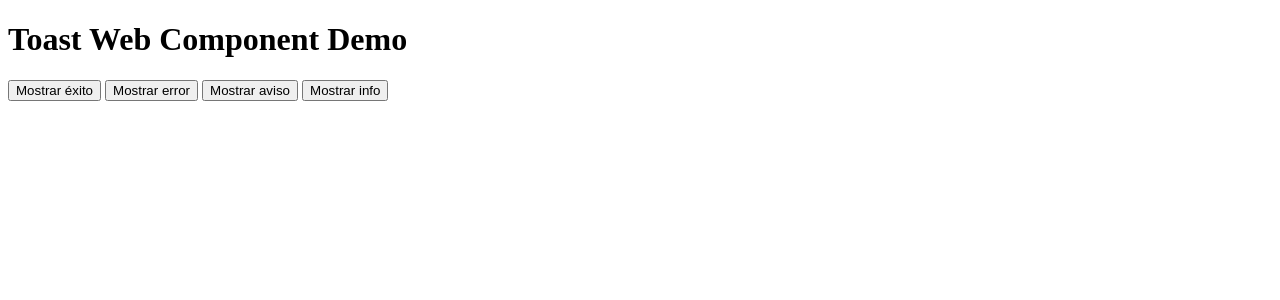
Repository: aitorcachero/aicadev-toast-message
Page: index.html
The author's editor kept a copy of each file at every save. The page is drawn from the files as they stood at one save, then again after the next save.
The browser window is 1280 px wide. The pictures show the whole page.

Above is the page before, as saved 2025-05-22 10:50:44.

After the next save:
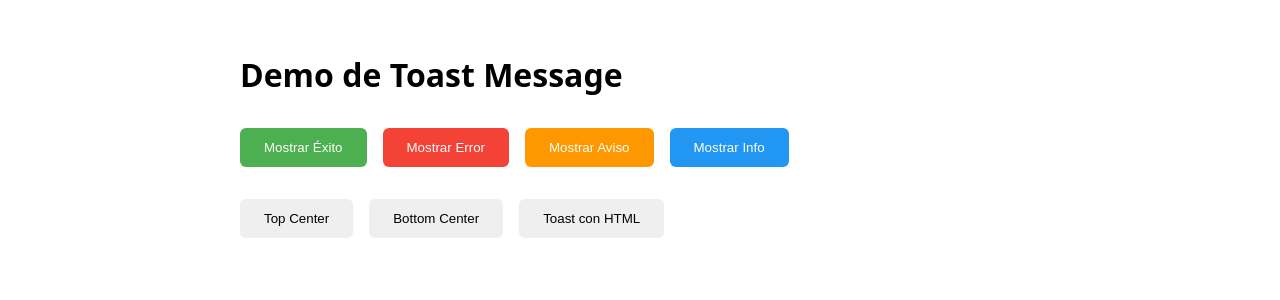
Saved 50 s later.
--- a/index.html
+++ b/index.html
@@ -1,33 +1,92 @@
 <!DOCTYPE html>
-<html lang="en">
-
+<html lang="es">
 <head>
   <meta charset="UTF-8" />
   <title>Toast Message Demo</title>
+  <style>
+    body {
+      font-family: system-ui, -apple-system, sans-serif;
+      max-width: 800px;
+      margin: 0 auto;
+      padding: 2rem;
+    }
+
+    .button-group {
+      display: flex;
+      gap: 1rem;
+      flex-wrap: wrap;
+      margin: 2rem 0;
+    }
+
+    button {
+      padding: 0.75rem 1.5rem;
+      border: none;
+      border-radius: 6px;
+      cursor: pointer;
+      font-weight: 500;
+      transition: all 0.2s;
+    }
+
+    button:hover {
+      transform: translateY(-2px);
+    }
+
+    .success { background: #4caf50; color: white; }
+    .error { background: #f44336; color: white; }
+    .warning { background: #ff9800; color: white; }
+    .info { background: #2196f3; color: white; }
+  </style>
 </head>
 
 <body>
-  <h1>Toast Web Component Demo</h1>
-  <button onclick="showToast('Mensaje de éxito', 'success')">Mostrar éxito</button>
-  <button onclick="showToast('Algo salió mal', 'error')">Mostrar error</button>
-  <button onclick="showToast('Hay un aviso', 'warning')">Mostrar aviso</button>
-  <button onclick="showToast('Esto es información', 'info')">Mostrar info</button>
+  <h1>Demo de Toast Message</h1>
 
-  <div id="toast-container" style="position: fixed; bottom: 1rem; right: 1rem; z-index: 9999;"></div>
+  <div class="button-group">
+    <button class="success" onclick="showToast('¡Operación completada con éxito!', 'success', 3000, 'top-right', true)">
+      Mostrar Éxito
+    </button>
+
+    <button class="error" onclick="showToast('Ha ocurrido un error', 'error', 4000, 'top-right', true)">
+      Mostrar Error
+    </button>
+
+    <button class="warning" onclick="showToast('Advertencia: Acción pendiente', 'warning', 3000, 'top-center', true)">
+      Mostrar Aviso
+    </button>
+
+    <button class="info" onclick="showToast('Información importante', 'info', 3000, 'bottom-right', true)">
+      Mostrar Info
+    </button>
+  </div>
+
+  <div class="button-group">
+    <button onclick="showToast('Toast en la parte superior', 'info', 3000, 'top-center')">
+      Top Center
+    </button>
+
+    <button onclick="showToast('Toast en la parte inferior', 'info', 3000, 'bottom-center')">
+      Bottom Center
+    </button>
+
+    <button onclick="showToast('<strong>HTML</strong> está permitido!', 'success', 3000, 'top-right', true)">
+      Toast con HTML
+    </button>
+  </div>
 
   <script type="module">
     import './src/toast-message.js';
 
-    function showToast(message, type = 'info', duration = 3000) {
+    window.showToast = function(message, type = 'info', duration = 3000, position = 'top-right', closeable = false) {
       const toast = document.createElement('toast-message');
-      toast.textContent = message;
+      toast.innerHTML = message;
       toast.setAttribute('type', type);
       toast.setAttribute('duration', duration);
-      document.getElementById('toast-container').appendChild(toast);
-    }
-
-    window.showToast = showToast;
+      toast.setAttribute('position', position);
+      if (closeable) {
+        toast.setAttribute('closeable', '');
+      }
+      document.body.appendChild(toast);
+    };
   </script>
 </body>
-
 </html>
